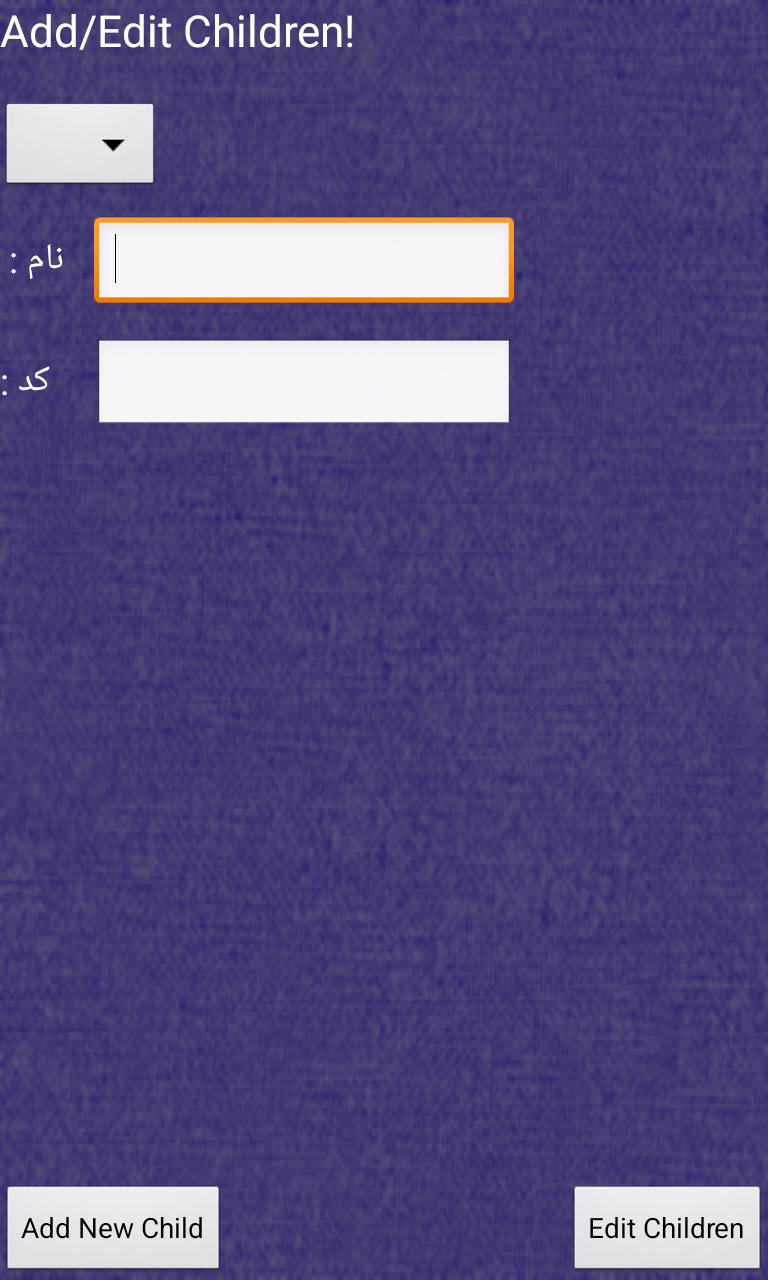
Repository: samanamp/RR-Controller
Layout: RRC app/res/layout/activity_child_setting.xml
These files come from the project's save history. The layout is drawn as it stood at one moment and after the next save; the edit follows.
It is drawn on a 768 x 1280 px phone screen (xhdpi) without system bars, with theme AppTheme; the app's code is not run.

Above is the layout before, as saved 2012-08-09 13:35:21.

### RRC app/res/layout/activity_child_setting.xml
<?xml version="1.0" encoding="utf-8"?>
<RelativeLayout xmlns:android="http://schemas.android.com/apk/res/android"
    xmlns:tools="http://schemas.android.com/tools"
    android:layout_width="match_parent"
    android:layout_height="match_parent"
    android:background="@drawable/bg_menu" >

    <Button
        android:id="@+id/button1"
        android:layout_width="wrap_content"
        android:layout_height="wrap_content"
        android:layout_alignParentBottom="true"
        android:layout_alignParentLeft="true"
        android:onClick="newChild"
        android:text="Add New Child" />

    <Button
        android:id="@+id/button2"
        android:layout_width="wrap_content"
        android:layout_height="wrap_content"
        android:layout_alignParentBottom="true"
        android:layout_alignParentRight="true"
        android:onClick="editChild"
        android:text="Edit Children" />

    <TextView
        android:id="@+id/textView1"
        android:layout_width="wrap_content"
        android:layout_height="wrap_content"
        android:layout_alignParentLeft="true"
        android:layout_alignParentTop="true"
        android:text="Add/Edit Children!"
        android:textAppearance="?android:attr/textAppearanceLarge"
        android:textColor="#ffffff" />

    <Spinner
        android:id="@+id/spinner1"
        android:layout_width="wrap_content"
        android:layout_height="wrap_content"
        android:layout_alignParentLeft="true"
        android:layout_below="@+id/textView1"
        android:layout_marginTop="20dp" />

    <TextView
        android:id="@+id/textView2"
        android:layout_width="wrap_content"
        android:layout_height="wrap_content"
        android:layout_alignParentLeft="true"
        android:layout_below="@+id/spinner1"
        android:layout_marginTop="19dp"
        android:text="نام : "
        android:textAppearance="?android:attr/textAppearanceMedium"
        android:textColor="#ffffff" />

    <EditText
        android:id="@+id/editText1"
        android:layout_width="wrap_content"
        android:layout_height="wrap_content"
        android:layout_alignBaseline="@+id/textView2"
        android:layout_alignBottom="@+id/textView2"
        android:layout_marginLeft="15dp"
        android:layout_toRightOf="@+id/textView2"
        android:ems="10" >

        <requestFocus />
    </EditText>

    <TextView
        android:id="@+id/textView3"
        android:layout_width="wrap_content"
        android:layout_height="wrap_content"
        android:layout_alignParentLeft="true"
        android:layout_below="@+id/editText1"
        android:layout_marginTop="22dp"
        android:text="کد :"
        android:textAppearance="?android:attr/textAppearanceMedium"
        android:textColor="#ffffff" />

    <EditText
        android:id="@+id/editText2"
        android:layout_width="wrap_content"
        android:layout_height="wrap_content"
        android:layout_alignBaseline="@+id/textView3"
        android:layout_alignBottom="@+id/textView3"
        android:layout_alignLeft="@+id/editText1"
        android:ems="10" />

</RelativeLayout>

Loaded but not shown: RRC app/res/values/styles.xml (common file)

After the next save:
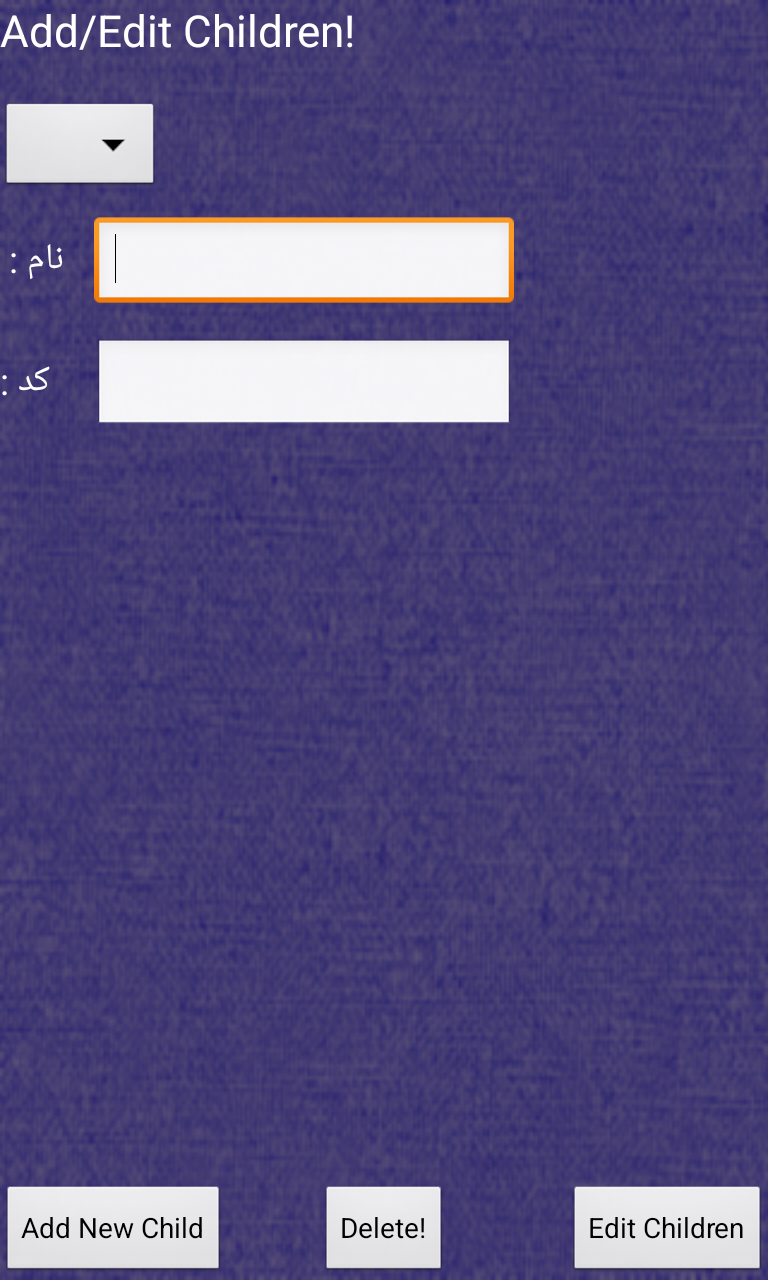
Saved 6 min 17 s later.
--- a/RRC app/res/layout/activity_child_setting.xml
+++ b/RRC app/res/layout/activity_child_setting.xml
@@ -85,4 +85,13 @@
         android:layout_alignLeft="@+id/editText1"
         android:ems="10" />
 
+    <Button
+        android:id="@+id/button3"
+        android:layout_width="wrap_content"
+        android:layout_height="wrap_content"
+        android:layout_alignParentBottom="true"
+        android:layout_centerHorizontal="true"
+        android:text="Delete!"
+        android:onClick="delChild"/>
+
 </RelativeLayout>
